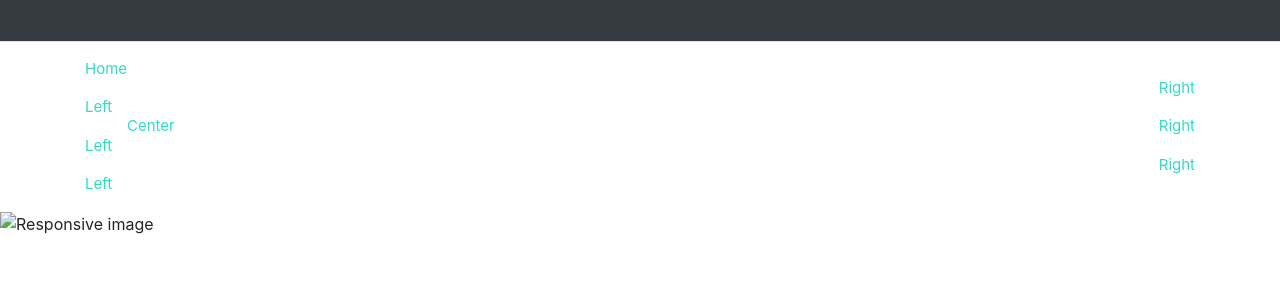
Repository: Alaa-OmarAlshobaki/portfolio
Page: index.html
These files come from the project's save history. The page is drawn as it stood at one moment and after a run of saves; the edit follows.
The browser window is 1280 px wide. The pictures show the whole page.
Some web fonts or font styles are not loaded; a fallback is used.

Above is the page before, as saved 2020-03-11 23:55:38.

After the next 5 saves:
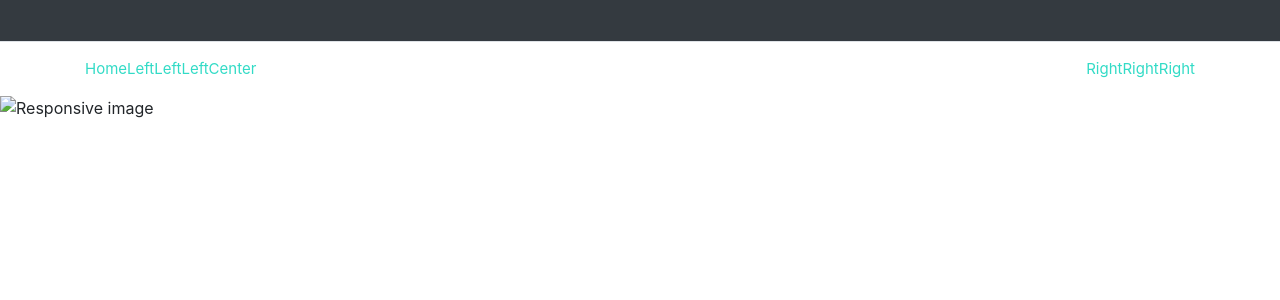
The 5 saves are shown as one change because they came seconds apart.
The last was saved 21 s later.
--- a/public/css/style.css
+++ b/public/css/style.css
@@ -12,5 +12,5 @@ a:hover {
   display: inline-block;
 }
 .navbar-nav{
-
+  flex-direction: row;
 }
